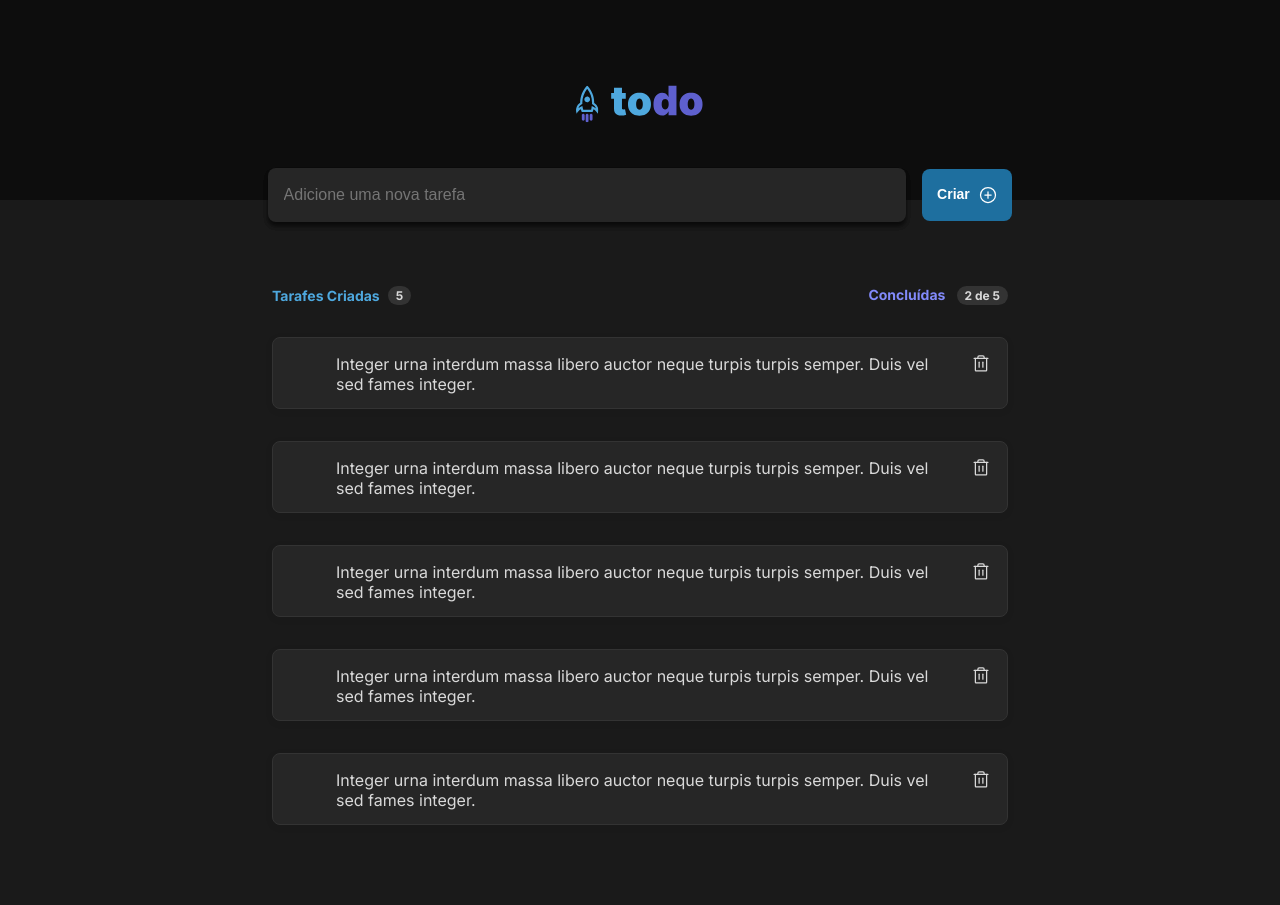
Repository: guilhermecardoso93/todolistreact
Page: /
The author's editor kept a copy of each file at every save. The page is drawn from the files as they stood at one save, then again after the next save.
The browser window is 1280 px wide. The pictures show the whole page.
The project was rebuilt for these pictures with package versions that can differ from the ones it lists, and the page was loaded fresh each time. Also part of the build but not shown: vite.config.ts.

Above is the page before, as saved 2022-07-02 20:52:03.

### index.html
<!DOCTYPE html>
<html lang="en">
  <head>
    <meta charset="UTF-8" />
    <link rel="icon" type="image/svg+xml" href="/src/favicon.svg" />
    <link rel="preconnect" href="https://fonts.googleapis.com" />
    <link rel="preconnect" href="https://fonts.gstatic.com" crossorigin />
    <meta name="viewport" content="width=device-width, initial-scale=1.0" />
    <link
      href="https://fonts.googleapis.com/css2?family=Inter:wght@400;500;600;700&display=swap"
      rel="stylesheet"
    />
    <title>to do list</title>
  </head>
  <body>
    <div id="root"></div>
    <script type="module" src="/src/main.tsx"></script>
  </body>
</html>

### src/App.tsx
import "./global.css";
import { Header } from "./Header";
import { Tasks } from "./Tasks";

function App() {
  return (
    <>
      <Header />
      <div>
        <Tasks/>
      </div>
    </>
  );
}

export default App;

### src/global.css
:root {
  --white: #fff;

  --gray-100: #f2f2f2;
  --gray-100: #d9d9d9;
  --gray-300: #808080;
  --gray-400: #333333;
  --gray-500: #262626;
  --gray-600: #1a1a1a;
  --gray-700: #0d0d0d;

  --danger: #e25858;

  --purple: #828afa;
  --purple-dark: #5e60ce;

  --blue: #4ea8de;
  --blue-dark: #1e6f9f;
}

* {
  margin: 0;
  padding: 0;
  box-sizing: border-box;
}

body {
  -webkit-font-smoothing: antialiased;
  font-family: 'Inter', sans-serif;
  background: var(--gray-600);
}

### src/Header.tsx
import  Logo  from "./assets/logo.svg";

import styles from "./Header.module.css";

export function Header() {
  return (
    <header className={styles.header}>
      <img src={Logo} alt='logo' className={styles.logo}/>
    </header>
  );
}

### src/Tasks.tsx
import { Trash } from "phosphor-react";
import { TaskBar } from "./TasksBar";
import { TaskList } from "./TasksList";

import styles from "./Tasks.module.css";

export function Tasks() {
  return (
    <div className={styles.content}>
      <TaskBar />
      <div>
        <div className={styles.titles}>
          <div className={styles.titlesMake}>
            <p className={styles.titlesMakeTitle}>Tarafes Criadas</p>
            <p className={styles.titlesMakeTitleNumber}> 5 </p>
          </div>
          <div className={styles.titles}>
            <p className={styles.titlesDoneTitle}>Concluídas</p>
            <p className={styles.titlesDoneTitleNumber}> 2 de 5 </p>
          </div>
        </div>
        <TaskList />
        <TaskList />
        <TaskList />
        <TaskList />
        <TaskList />
      </div>
    </div>
  );
}

### src/Header.module.css
.header {
  height: 12.5rem;
  background: var(--gray-700);
  display: flex;
  justify-content: center;
  align-items: center;
}

.logo {
  height: 4rem;
  width: 8rem;
}

### src/TasksBar.tsx
import { PlusCircle } from "phosphor-react";

import styles from "./TasksBar.module.css";

export function TaskBar() {
  return (
    <div className={styles.container}>
      <input type="text" placeholder="Adicione uma nova tarefa" />
      <button>
        {" "}
        Criar <PlusCircle size={20} />{" "}
      </button>
    </div>
  );
}

### src/TasksList.tsx
import { Trash } from "phosphor-react";

import styles from "./TasksList.module.css";

export function TaskList() {
  return (
    <div>
      <div className={styles.tasksList}>
        <div className={styles.tasksListItem}>
          <div className={styles.container}>
            <input type="radio" name="radio" />
          </div>
          <div>
            <p>
              Integer urna interdum massa libero auctor neque turpis turpis
              semper. Duis vel sed fames integer.{" "}
            </p>
          </div>
          <div>
            <button className={styles.delete}>
              <Trash size={20} />{" "}
            </button>
          </div>
        </div>
      </div>
    </div>
  );
}

### src/Tasks.module.css
.content {
  display: flex;
  flex-direction: column;
  align-items: center;
  justify-content: space-between;
  margin: auto;
  margin-bottom: 5rem;

  width: 736px;
  gap: 4rem;
}

.titles {
  display: flex;
  align-itens: center;
  justify-content: space-between;
  gap: 0.7rem;
}

.titlesMake,
.titleDone {
  display: flex;
  flex-direction: row;
  justify-content: center;
  align-items: center;
  gap: 0.5rem;
}
.titlesMakeTitle {
  color: var(--blue);
  font-weight: bold;
  font-weight: 700;
  font-size: 14px;
  line-height: 17px;
}

.titlesDoneTitle {
  color: var(--purple);
  font-weight: bold;
  font-weight: 700;
  font-size: 14px;
  line-height: 17px;
}

.titlesMakeTitleNumber,
.titlesDoneTitleNumber {
  display: flex;
  flex-direction: column;
  justify-content: center;
  align-items: center;

  width: auto;
  padding: 2px 8px;
  height: 19px;

  background: var(--gray-400);
  color: var(--gray-100);
  border-radius: 999px;

  font-style: normal;
  font-weight: 700;
  font-size: 12px;
  line-height: 15px;
}

### src/TasksBar.module.css
.container {
  display: flex;
  align-items: center;
  justify-content: center;
  margin-top: -2rem;
  gap: 1rem;
}

.container input {
  background-color: var(--gray-500);
  color: var(--gray-300);
  width: 39.93rem;
  padding: 1rem;

  font-style: normal;
  font-weight: 400;
  font-size: 1rem;
  line-height: 140%;

  border: 1px solid var(--grey-700);
  box-shadow: 0px 4px 4px rgba(0, 0, 0, 0.25), 0px 4px 4px rgba(0, 0, 0, 0.25),
    0px 4px 4px rgba(0, 0, 0, 0.25);
  border-radius: 8px;
}

.container input:focus {
  color: var(--gray-100);
}

.container button {
  background: var(--blue-dark);
  color: var(--white);
  gap: 0.5rem;
  display: flex;
  align-items: center;
  justify-content: center;
  border-radius: 8px;
  height: 3.25rem;
  width: 5.62rem;
  border: none;

  font-style: normal;
  font-weight: 700;
  font-size: 14px;
  line-height: 140%;
  cursor: pointer;

  transition: 0.2s;
}

.container button:hover {
  background: var(--blue);
}

### src/TasksList.module.css
.tasksList {
  display: flex;
  flex-direction: column;
  gap: 1rem;

  margin-top: 2rem;
}

.tasksListItem {
  display: flex;
  flex-direction: row;
  align-items: flex-start;
  padding: 16px;
  gap: 12px;

  border: 1px solid #333333;
  box-shadow: 0px 2px 8px rgba(0, 0, 0, 0.06);
  border-radius: 8px;
  background: var(--gray-500);
  color: var(--gray-100);

  width: 736px;
  height: 72px;
}

.delete {
  background: none;
  border: none;
  color: var(--gray-100);
  cursor: pointer;

  transition: 0.2s;
}

.delete:hover {
  color: var(--danger);
}

.container {
  /*display: block;
  position: relative;*/
  padding-left: 35px;
  margin-bottom: 12px;
  cursor: pointer;
  font-size: 22px;
  -webkit-user-select: none;
  -moz-user-select: none;
  -ms-user-select: none;
  user-select: none;
}

/* Hide the browser's default radio button */
.container input {
  position: absolute;
  opacity: 0;
  cursor: pointer;
}

/* Create a custom radio button */
.checkmark {
  position: absolute;
  top: 0;
  left: 0;
  height: 25px;
  width: 25px;
  background-color: #eee;
  border-radius: 50%;
}

/* On mouse-over, add a grey background color */
.container:hover input ~ .checkmark {
  background-color: #ccc;
}

/* When the radio button is checked, add a blue background */
.container input:checked ~ .checkmark {
  background-color: #2196f3;
}

/* Create the indicator (the dot/circle - hidden when not checked) */
.checkmark:after {
  content: "";
  position: absolute;
  display: none;
}

/* Show the indicator (dot/circle) when checked */
.container input:checked ~ .checkmark:after {
  display: block;
}

/* Style the indicator (dot/circle) */
.container .checkmark:after {
  top: 9px;
  left: 9px;
  width: 8px;
  height: 8px;
  border-radius: 50%;
  background: white;
}

Loaded but not shown: src/main.tsx (common file)

After the next save:
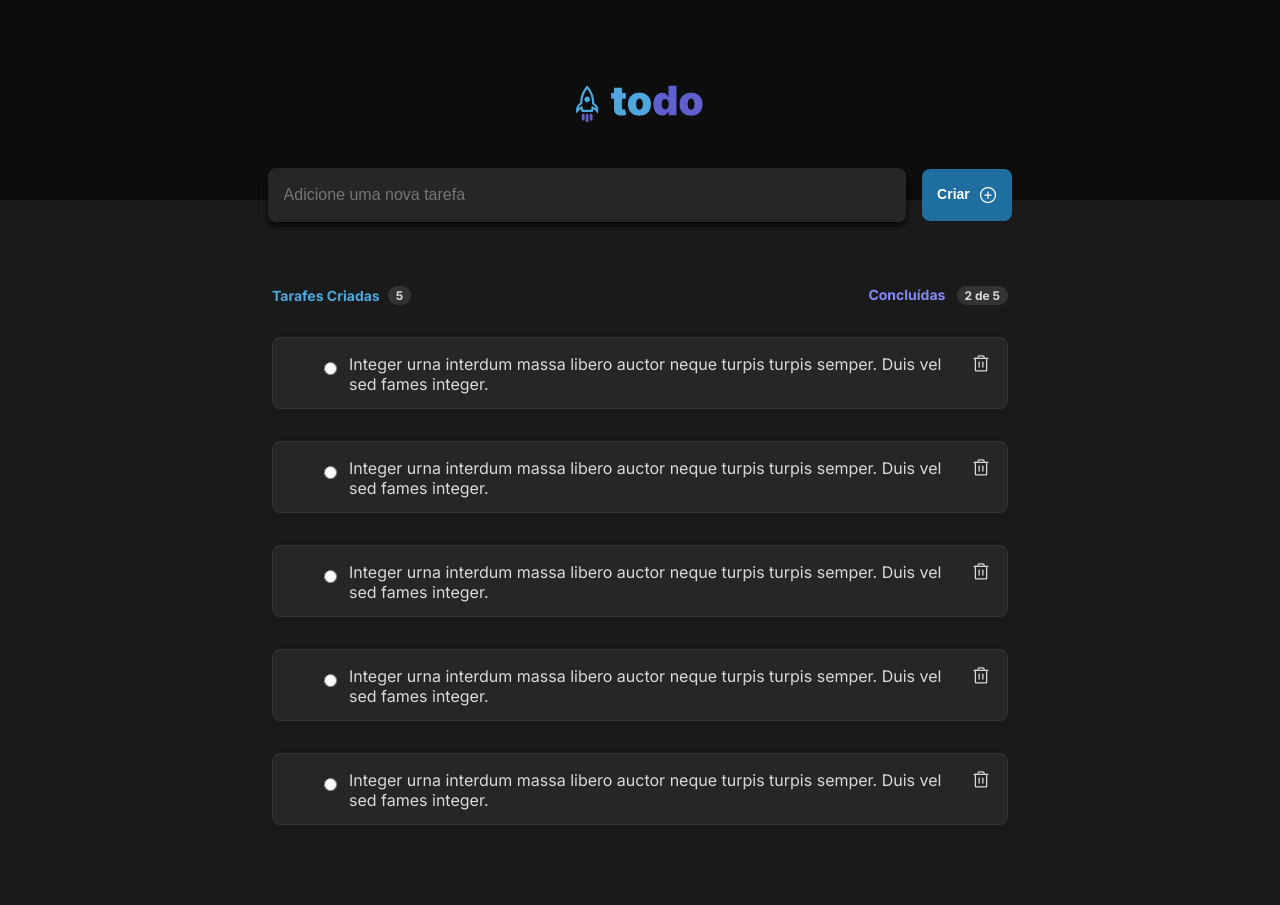
Saved 8 s later.
--- a/src/TasksList.module.css
+++ b/src/TasksList.module.css
@@ -49,12 +49,12 @@
   user-select: none;
 }
 
-/* Hide the browser's default radio button */
+/* Hide the browser's default radio button
 .container input {
   position: absolute;
   opacity: 0;
   cursor: pointer;
-}
+}*/
 
 /* Create a custom radio button */
 .checkmark {
